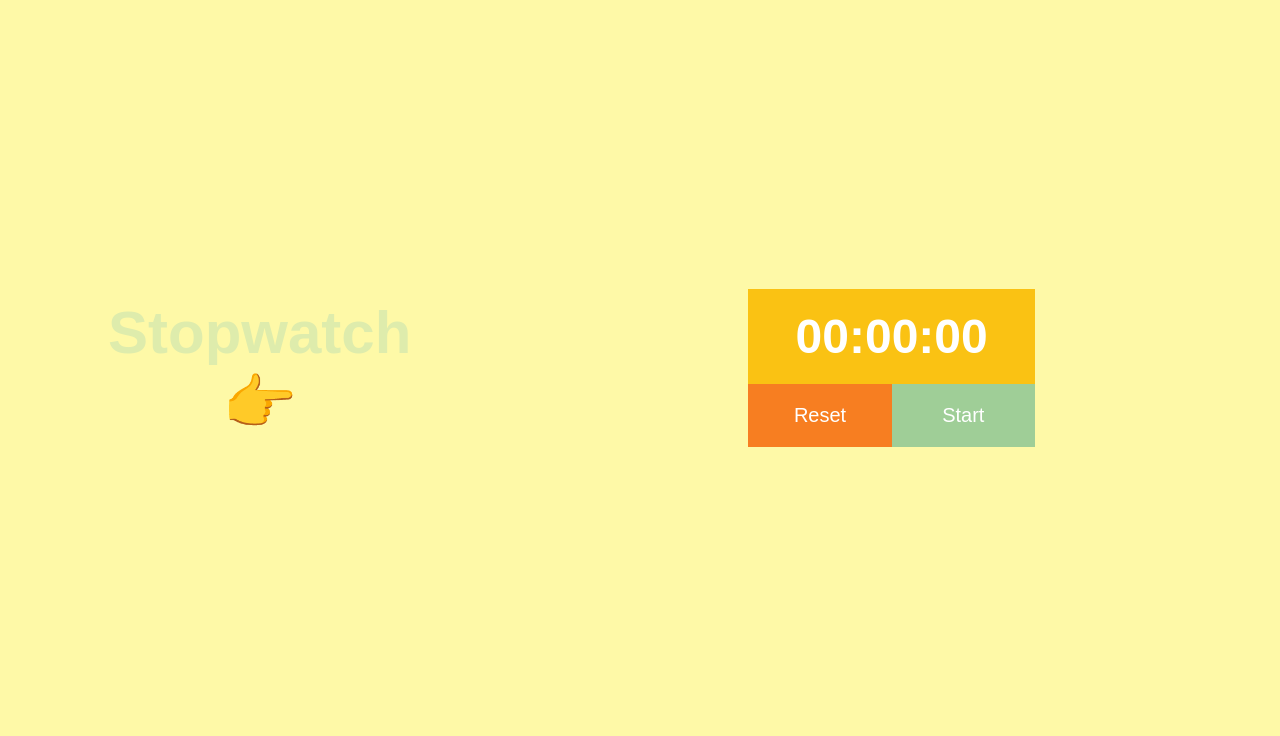
Repository: pilar122/stopwatch
Page: index.html
These files come from the project's save history. The page is drawn as it stood at one moment and after the next save; the edit follows.
The browser window is 1280 px wide. The pictures show the whole page.

Above is the page before, as saved 2022-06-19 13:04:34.

### index.html
<!DOCTYPE html>
<html>
    <head>
        <title>
            Stopwatch
        </title>
        <link href="stopwatch.css" rel="stylesheet">
        <script src="stopwatch.js"></script>
    </head>

    <div class="header">
        <h1>Stopwatch <br>👉</h1>
    </div>

    <body>

        <div id="stopwatch">
            <!--CURRENT TIME-->
            <div id="sw-time">00:00:00</div> <!-- sw is the time display-->

            <!--CONTROLS-->
            <input type="button" value="Reset" id="sw-rst" disabled/> <!--sw-rst is the reset button * and the disabled means that the buttons are at the moment-->
            <input type="button" value="Start" id="sw-go" disabled/> <!--sw-go is the start & stop button-->
        </div>
    </body>
</html>

### stopwatch.css
/* (A) CONTAINER */
#stopwatch {
    display: flex;
    flex-wrap: wrap;
    max-width: 400px;
    margin: 0 auto;
  }

  /* (B) TIME */
  #sw-time {
    width: 100%;
    padding: 20px 0;
    font-size: 48px;
    font-weight: bold;
    text-align: center;
    background: #FAC213;
    color: #fff;
  }

  /* (C) BUTTONS */
  #sw-rst, #sw-go {
    box-sizing: border-box;
    width: 50%;
    cursor: pointer;
    padding: 20px 0;
    border: 0;
    color: #fff;
    font-size: 20px;
  }
  #sw-rst { background-color: #F77E21; }
  #sw-go { background-color: #9fce97; }

  /* (X) DOES NOT MATTER */
  /* PAGE & BODY */
  body {
    display: flex;
    align-items: center; justify-content: center;
    min-height: 100vh;
    background: #FEF9A7;
    background-repeat: no-repeat;
    background-position: center;
    background-size: cover;
  }
  * { font-family: arial, sans-serif; }

  /* WIDGET */
  .widget-wrap {
    min-width: 450px;
    padding: 30px;
    border-radius: 20px;
    background: rgba(255, 255, 255, 0.4);
  }

  .header {
    padding: 100px;
    text-align: center;
    color: #deecac;
    font-size: 30px;
  }

  /* HEADER */
  h1 { text-align: center; }
  #code-boxx {
    width: 100%;
    margin-top: 30px;
    text-align: center;
  }

  /* FOOTER */
  #code-boxx {
    font-weight: 600;
    margin-top: 30px;
  }
  #code-boxx a {
    display: inline-block;
    padding: 5px;
    text-decoration: none;
    background: #d3adad;
    color: #fff;
  }

### stopwatch.js
var sw = {
    // (A) PROPERTIES
    etime : null, // html time display
    erst : null, // html reset button
    ego : null, // html start/stop button
    timer : null, // timer object
    now : 0, // current elapsed time

    // (B) INITIALIZE
    init : () => {
      // (B1) GET HTML ELEMENTS
      sw.etime = document.getElementById("sw-time");
      sw.erst = document.getElementById("sw-rst");
      sw.ego = document.getElementById("sw-go");

      // (B2) ENABLE BUTTON CONTROLS
      sw.erst.onclick = sw.reset;
      sw.ego.onclick = sw.start;
      sw.erst.disabled = false;
      sw.ego.disabled = false;
    },

    // (C) START!
    start : () => {
      sw.timer = setInterval(sw.tick, 1000);
      sw.ego.value = "Stop";
      sw.ego.onclick = sw.stop;
    },

    // (D) STOP
    stop : () => {
      clearInterval(sw.timer);
      sw.timer = null;
      sw.ego.value = "Start";
      sw.ego.onclick = sw.start;
    },

    // (E) TIMER ACTION
    tick : () => {
      // (E1) CALCULATE HOURS, MINS, SECONDS
      sw.now++;
      let hours = 0, mins = 0, secs = 0,
      remain = sw.now;
      hours = Math.floor(remain / 3600);
      remain -= hours * 3600;
      mins = Math.floor(remain / 60);
      remain -= mins * 60;
      secs = remain;

      // (E2) UPDATE THE DISPLAY TIMER
      if (hours<10) { hours = "0" + hours; }
      if (mins<10) { mins = "0" + mins; }
      if (secs<10) { secs = "0" + secs; }
      sw.etime.innerHTML = hours + ":" + mins + ":" + secs;
    },

    // (F) RESET
    reset : () => {
      if (sw.timer != null) { sw.stop(); }
      sw.now = -1;
      sw.tick();
    }
  };
  window.addEventListener("load", sw.init);

After the next save:
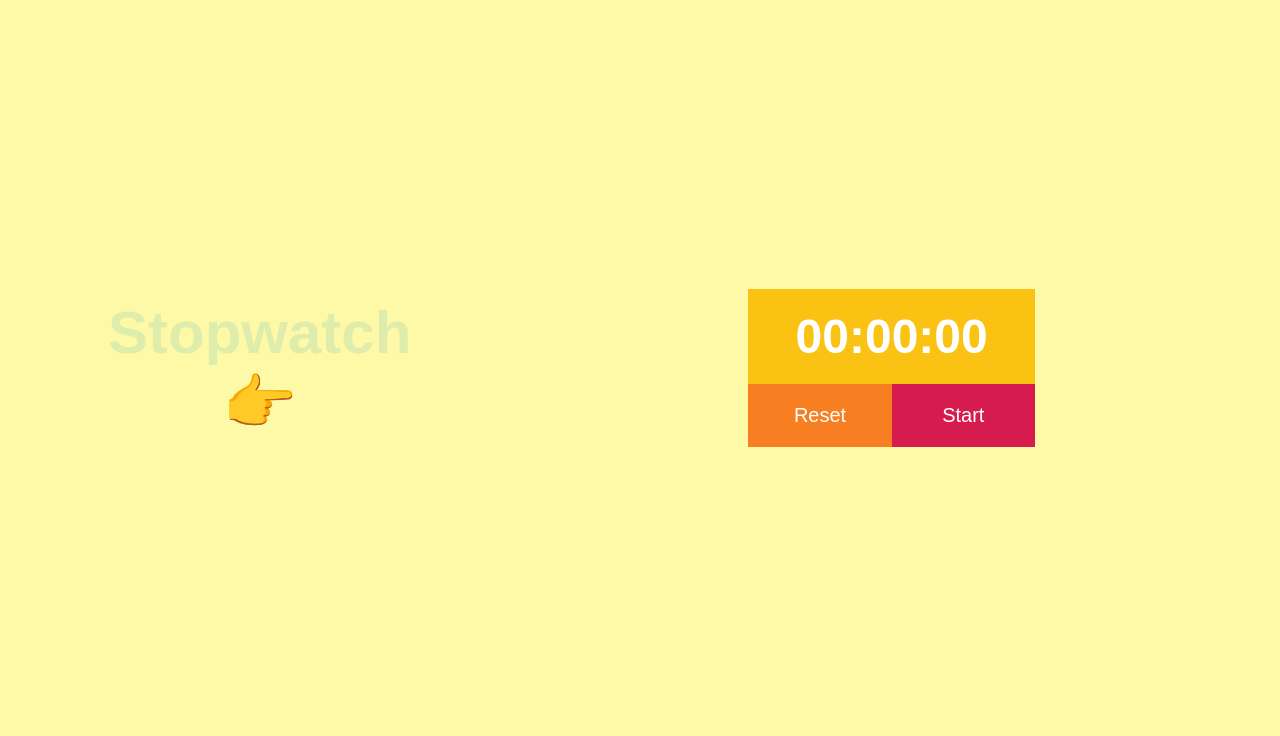
Saved 8 s later.
--- a/stopwatch.css
+++ b/stopwatch.css
@@ -28,7 +28,7 @@
     font-size: 20px;
   }
   #sw-rst { background-color: #F77E21; }
-  #sw-go { background-color: #9fce97; }
+  #sw-go { background-color: #D61C4E; }
 
   /* (X) DOES NOT MATTER */
   /* PAGE & BODY */
